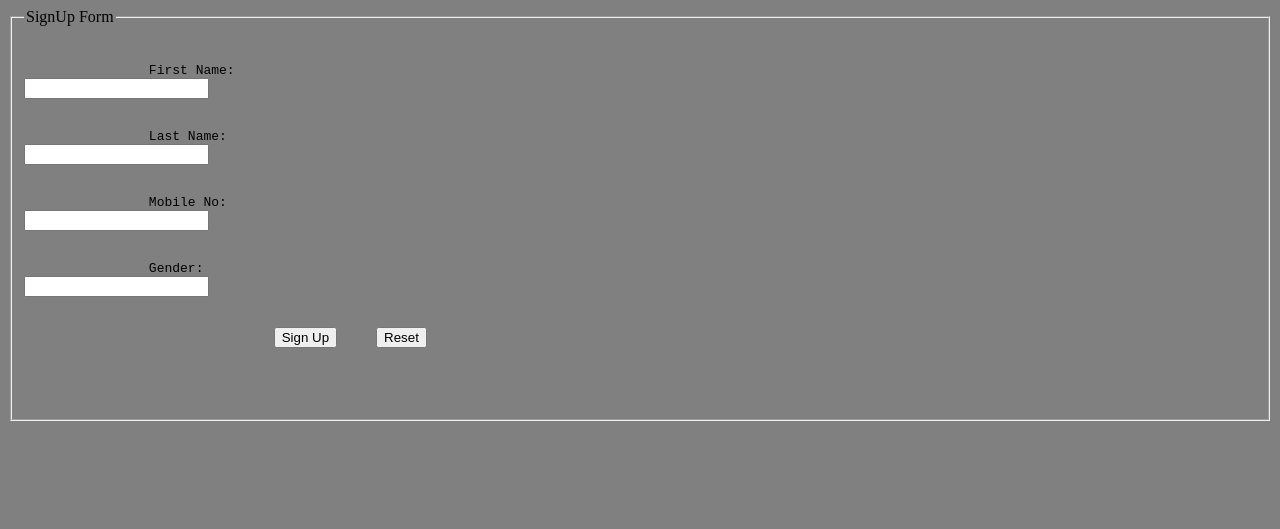
Repository: USChaurasiya/SpringCore
Page: http://localhost/SpringExample/
An editor plug-in stored every save of this project. The page is shown before and after the next save, followed by the edit.
The browser window is 1280 px wide. The pictures show the whole page.
The page is served by Tomcat 9.

Above is the page before, as saved 2017-02-14 07:39:07.

After the next save:
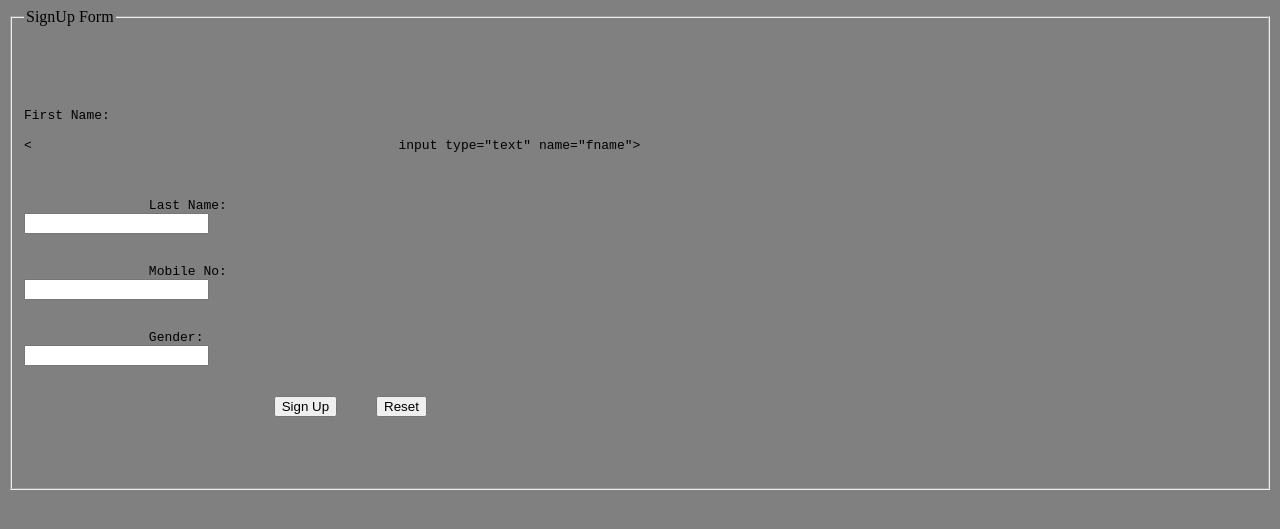
Saved 102 s later.
--- a/SpringExample/WebContent/Signup.jsp
+++ b/SpringExample/WebContent/Signup.jsp
@@ -13,7 +13,10 @@
 	<fieldset>
 		<legend >SignUp Form</legend>
 		      <pre>
-                <span>First Name: </span> <div><input type="text" name="fname"></div>
+                <div>
+					<div>First Name: </div>
+<						input type="text" name="fname">
+					</div>
 
                 <span>Last Name: </span> <div><input type="text" name="lname"></div>
 
